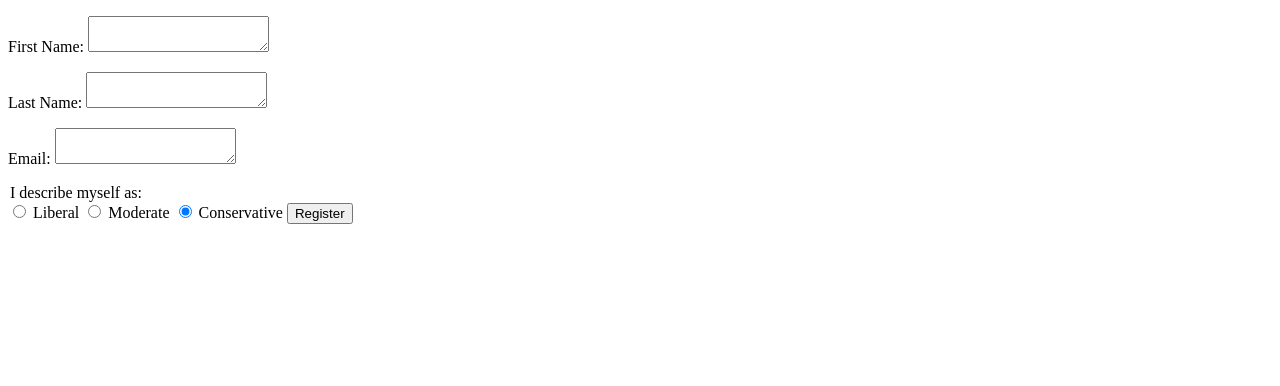
Repository: qtran3/itec4550
Page: MashleverWebpages/Profile.html
These files come from the project's save history. The page is drawn as it stood at one moment and after the next save; the edit follows.
The browser window is 1280 px wide. The pictures show the whole page.

Above is the page before, as saved 2016-05-31 16:26:05.

After the next save:
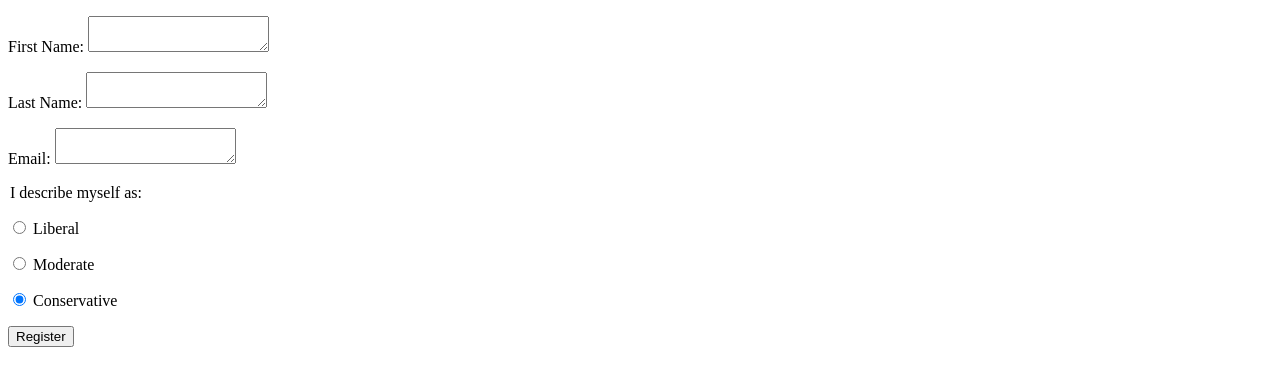
Saved 80 s later.
--- a/MashleverWebpages/Profile.html
+++ b/MashleverWebpages/Profile.html
@@ -17,14 +17,18 @@
 		</p>
 		<p>
 			<legend>I describe myself as: </legend>
-
-			<input type="radio" name="radio-choice" id="optLiberal" value="choice-1" checked="checked" />
-     		<label for="radio-choice-1">Liberal</label>
-			<input type="radio" name="radio-choice" id="optModerate" value="choice-2" checked="checked" />
-     		<label for="radio-choice-2">Moderate</label>
-			<input type="radio" name="radio-choice" id="optConservative" value="choice-3" checked="checked" />
-     		<label for="radio-choice-3">Conservative</label>
-
+			<p>
+				<input type="radio" name="radio-choice" id="optLiberal" value="choice-1" checked="checked" />
+	     		<label for="radio-choice-1">Liberal</label>
+     		</p>
+     		<p>
+				<input type="radio" name="radio-choice" id="optModerate" value="choice-2" checked="checked" />
+	     		<label for="radio-choice-2">Moderate</label>
+			</p>
+			<p>
+				<input type="radio" name="radio-choice" id="optConservative" value="choice-3" checked="checked" />
+     			<label for="radio-choice-3">Conservative</label>
+     		</p>
      		<button id="regButton">Register</button>
 		</p>
 
